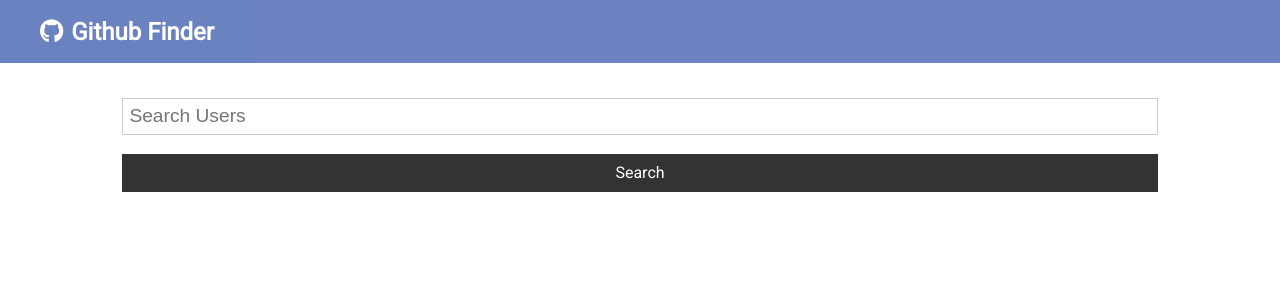
Repository: nuvallo/Github-Finder-Application
Page: / (app in app/)
These files come from the project's save history. The page is drawn as it stood at one moment and after the next save; the edit follows.
The browser window is 1280 px wide. The pictures show the whole page.
Some web libraries are served in a nearby version. The project was rebuilt for these pictures with package versions that can differ from the ones it lists, and the page was loaded fresh each time. Also part of the build but not shown: app/src/components/users/UserItem.js, app/src/components/layout/Spinner.js, app/src/components/layout/Alert.js, app/src/components/pages/About.js.

Above is the page before, as saved 2020-03-20 22:34:29.

### app/public/index.html
<!DOCTYPE html>
<html lang="en">
  <head>
    <meta charset="utf-8" />
    <link rel="icon" href="%PUBLIC_URL%/favicon.ico" />
    <meta name="viewport" content="width=device-width, initial-scale=1" />
    <meta name="theme-color" content="#000000" />
    <meta
      name="description"
      content="Web site created using create-react-app"
    />
    <link rel="apple-touch-icon" href="%PUBLIC_URL%/logo192.png" />

    <link rel="manifest" href="%PUBLIC_URL%/manifest.json" />
    <title>Github Finder</title>
  </head>
  <body>
    <script
      src="https://kit.fontawesome.com/4a895a1c52.js"
      crossorigin="anonymous"
    ></script>
    <noscript>You need to enable JavaScript to run this app.</noscript>
    <div id="root"></div>
  </body>
</html>

### app/src/App.js
import React, { Component, Fragment } from "react";
import { BrowserRouter as Router, Switch, Route } from "react-router-dom";
import Navbar from "./components/layout/Navbar";
import Users from "./components/users/Users";
import Search from "./components/users/Search";
import Alert from "./components/layout/Alert";
import About from "./components/pages/About";
import axios from "axios";
import "./App.css";

class App extends Component {
  state = {
    users: [],
    loading: false,
    alert: null
  };

  // Search Users
  searchUsers = async text => {
    this.setState({ loading: true });
    const res = await axios.get(
      `https://api.github.com/search/users?q=${text}&client_id=${process.env.REACT_APP_GITHUB_CLIENT_ID}&client_secret=${process.env.REACT_APP_GITHUB_SECRET}`
    );
    console.log(res.data.items);
    this.setState({ users: res.data.items, loading: false });
  };

  // Clear users from state
  clearUsers = () => this.setState({ users: [], loading: false });

  // Alert
  setAlert = (message, type) => {
    this.setState({ alert: { message, type } });
    setTimeout(() => {
      this.setState({ alert: null });
    }, [5000]);
  };

  render() {
    const { users, loading } = this.state;
    return (
      <Router>
        <div className="App">
          <Navbar />
          <div className="container">
            <Alert alert={this.state.alert} />
            <Switch>
              <Route
                exact
                path="/"
                render={props => (
                  <Fragment>
                    <Search
                      searchUsers={this.searchUsers}
                      clearUsers={this.clearUsers}
                      showClear={users.length > 0 ? true : false}
                      setAlert={this.setAlert}
                    />
                    <Users loading={loading} users={users} />
                  </Fragment>
                )}
              />
              <Route exact path="/about" component={About} />
            </Switch>
          </div>
        </div>
      </Router>
    );
  }
}

export default App;

### app/src/components/layout/Navbar.js
import React from "react";
import PropTypes from "prop-types";
import { Link } from "react-router-dom";

const Navbar = ({ icon, title }) => {
  return (
    <nav className="navbar bg-primary">
      <h1>
        <i className={icon} />
        {title}
      </h1>
    </nav>
  );
};

// Default props if none are passed
Navbar.defaultProps = {
  title: "Github Finder",
  icon: "fab fa-github p"
};

Navbar.propTypes = {
  title: PropTypes.string.isRequired,
  icon: PropTypes.string.isRequired
};

export default Navbar;

### app/src/components/users/Users.js
import React from "react";
import UserItem from "../users/UserItem";
import Spinner from "../layout/Spinner";
import PropTypes from "prop-types";

const Users = ({ users, loading }) => {
  if (loading) {
    return <Spinner />;
  } else {
    return (
      <div style={userStyle}>
        {users.map(user => {
          return <UserItem key={user.id} user={user} />;
        })}
      </div>
    );
  }
};

Users.propTypes = {
  users: PropTypes.array.isRequired,
  loading: PropTypes.bool.isRequired
};

const userStyle = {
  display: "grid",
  gridTemplateColumns: "repeat(3, 1fr)",
  gridGap: "1rem"
};

export default Users;

### app/src/components/users/Search.js
import React, { Component } from "react";
import PropTypes from "prop-types";

class Search extends Component {
  state = {
    text: ""
  };

  static propTypes = {
    searchUsers: PropTypes.func.isRequired,
    clearUsers: PropTypes.func.isRequired,
    showClear: PropTypes.bool.isRequired,
    setAlert: PropTypes.func.isRequired
  };

  onChange = e => this.setState({ text: e.target.value });
  onSubmit = e => {
    e.preventDefault();
    if (this.state.text === "") {
      this.props.setAlert("Please enter a username");
    } else {
      this.setState({ text: "" });
      this.props.searchUsers(this.state.text);
    }
  };

  render() {
    const { showClear, clearUsers } = this.props;
    return (
      <div>
        <form className="form">
          <input
            type="text"
            name="text"
            placeholder="Search Users"
            value={this.state.text}
            onChange={this.onChange}
          />
          <button
            type="submit"
            value="Search"
            className="btn btn-dark btn-block"
            onClick={this.onSubmit}
          >
            Search
          </button>
        </form>
        {showClear && (
          <button
            type="submit"
            value="Search"
            className="btn btn-light btn-block"
            onClick={clearUsers}
          >
            Clear
          </button>
        )}
      </div>
    );
  }
}

export default Search;

Loaded but not shown: app/src/index.js (common file); app/src/App.css (common file)

After the next save:
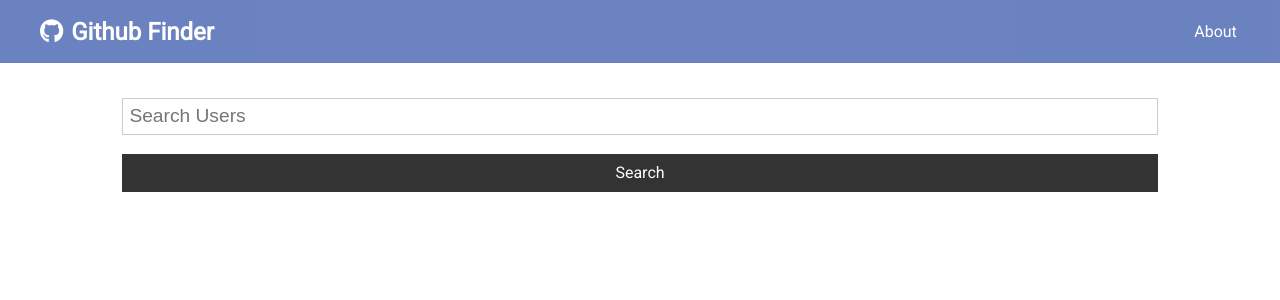
Saved 10 s later.
--- a/app/src/components/layout/Navbar.js
+++ b/app/src/components/layout/Navbar.js
@@ -9,6 +9,7 @@ const Navbar = ({ icon, title }) => {
         <i className={icon} />
         {title}
       </h1>
+      <Link>About</Link>
     </nav>
   );
 };
